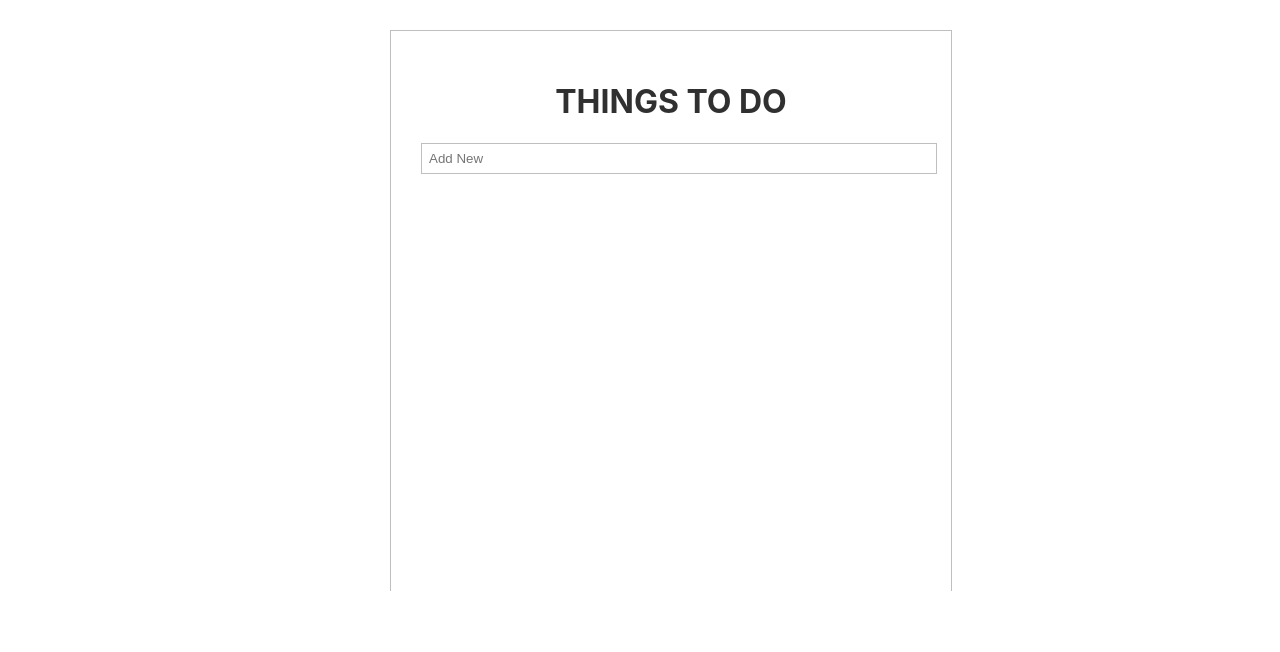
Repository: kirangautam45/To-Do-Application
Page: /
These files come from the project's save history. The page is drawn as it stood at one moment and after a run of saves; the edit follows.
The browser window is 1280 px wide. The pictures show the whole page.
The project was rebuilt for these pictures with package versions that can differ from the ones it lists, and the page was loaded fresh each time.

Above is the page before, as saved 2022-08-11 11:53:42.

### src/App.js
import './App.css';

function App() {
  return (
    <div className="App">
      <div className='To_Body'>
        <h1 className='Header'> THINGS TO DO</h1>
        <input className='Input_text' placeholder='Add New' />
        </div>
        <div className='Icon_group'>

        </div>
    </div>
  );
}

export default App;

### src/App.css
.App {
  background-color: #ccc;
  width: 500px;
margin: 30px auto;
}
.Header{
  text-align: center;
  color:rgb(49, 48, 48);
}
.To_Body{
min-width: 500px;
min-height: 500px ;
justify-content: center;
background-color: #ffffff;
padding: 30px;
border: 1px rgb(192, 191, 191);
    border-top-style: none;
    border-right-style: none;
    border-left-style: none;
border-style: solid solid none;
}
.Input_text{
  outline: none;
  width: 100%;
  padding: 7px;
  border: 1px solid  rgb(192, 191, 191);
  margin-bottom: 2%;
}

Loaded but not shown: public/index.html (common file); src/index.js (common file); src/index.css (common file)

After the next 11 saves:
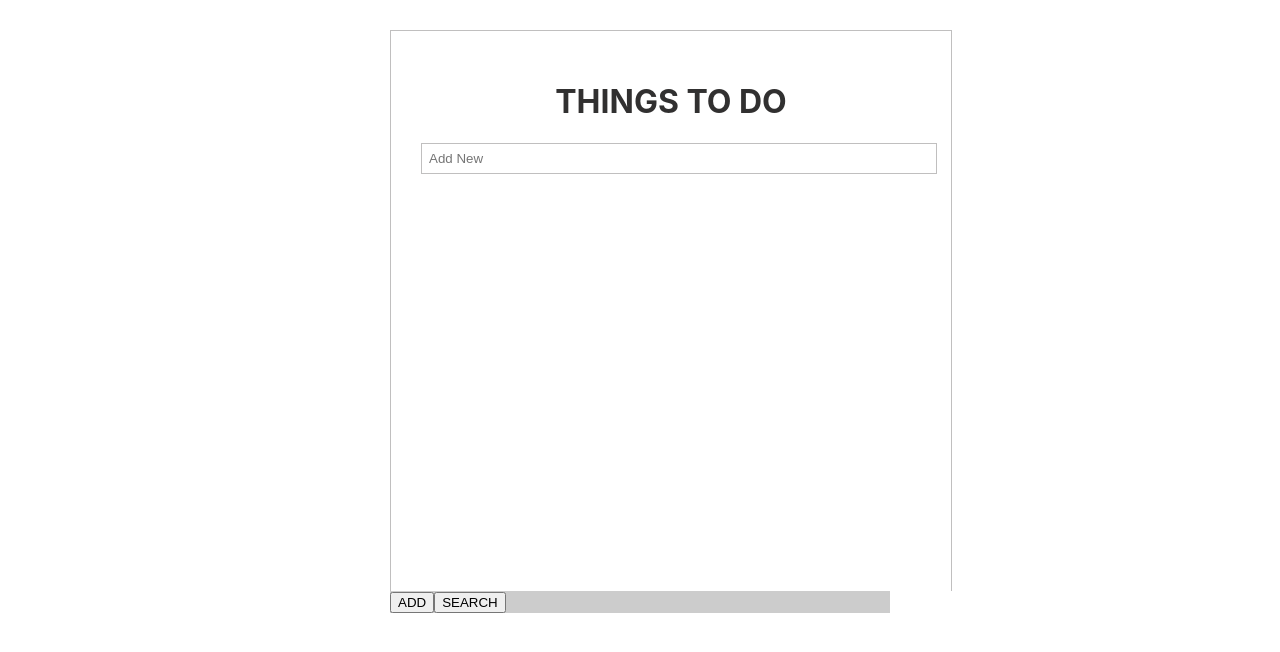
The 11 saves are shown as one change because they came seconds apart.
The last was saved 26 s later.
--- a/src/App.js
+++ b/src/App.js
@@ -8,7 +8,8 @@ function App() {
         <input className='Input_text' placeholder='Add New' />
         </div>
         <div className='Icon_group'>
-
+          <button>ADD</button>
+          <button>SEARCH</button>
         </div>
     </div>
   );
